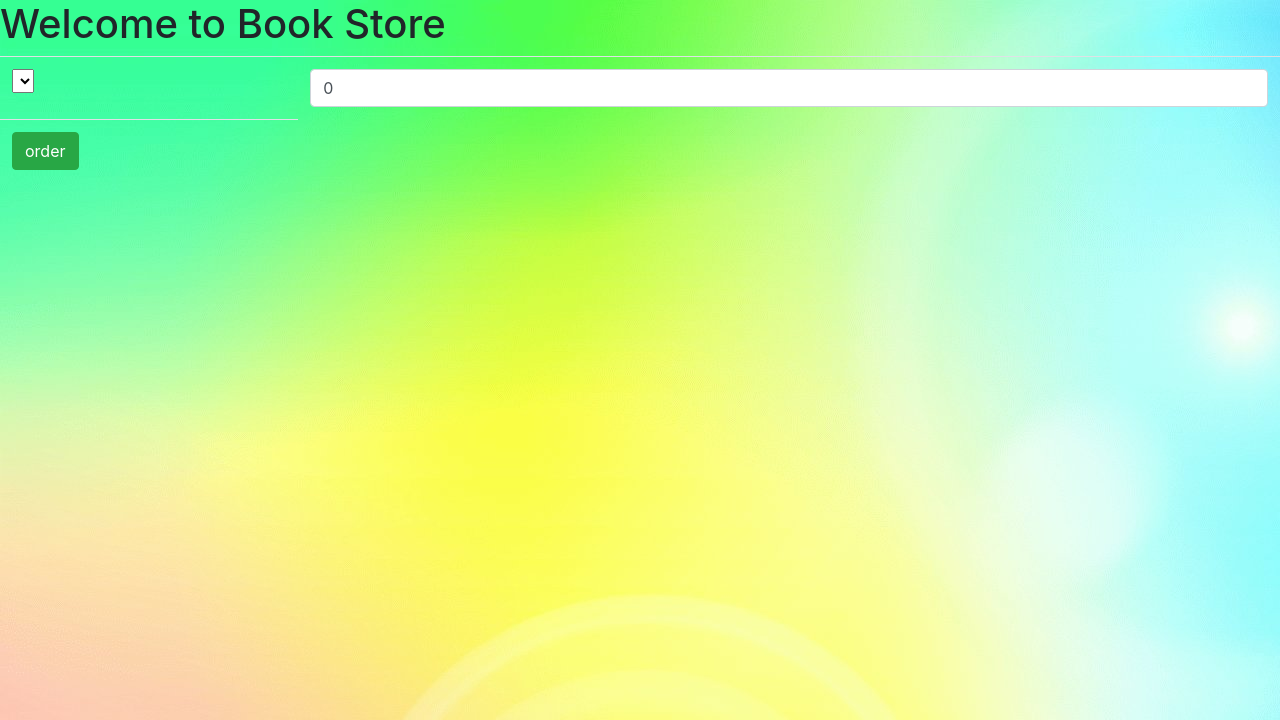
Repository: zhenyan02/HW_Projects
Page: http://localhost/bookStore/BuyerWeb.jsp
An editor plug-in stored every save of this project. The page is shown before and after the next save, followed by the edit.
The browser window is 1280 px wide. The pictures show the whole page.
The page is served by Tomcat 9. Queries for data that is not in the repository find no rows.

Above is the page before, as saved 2018-11-28 15:11:36.

After the next save:
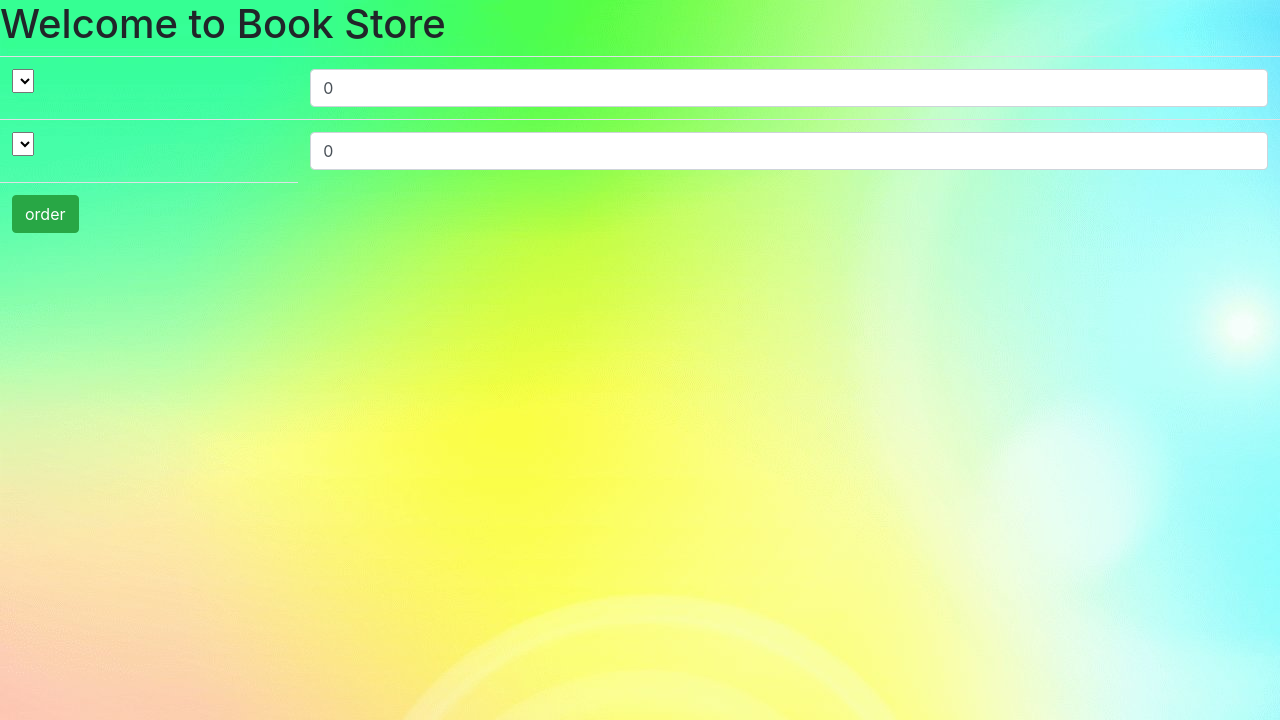
Saved 2 min 56 s later.
--- a/582_Final Project_JavaScript/bookStore/WebContent/BuyerWeb.jsp
+++ b/582_Final Project_JavaScript/bookStore/WebContent/BuyerWeb.jsp
@@ -29,6 +29,7 @@
     String version2 = request.getParameter("version2");
     Branch app = new Branch();
     String order1 = request.getParameter("options");
+    String order2 = request.getParameter("options2");
     Order ap1 = new Order();
     Order ap2 = new Order();
 
@@ -80,6 +81,17 @@
 			<td><input name="orderNbr" class="form-control" value="<%= ap1.getOrderNbr()%>"/></td>
 			</tr>
 
+			<tr>
+
+			<td> <select name = "options2">
+				<% for(Branch apa:branchs){%>
+						<option value = "<%=apa.getStock()%>,<%=apa.getName()%>,<%=apa.getVersion()%>">
+						<%= apa.getName() %> -- Price:$<%= apa.getSaleprice() %> -- only <%= apa.getStock() %> left
+						</option>
+				<% }%>
+			</select> 	</td>
+			<td><input name="orderNbr" class="form-control" value="<%= ap2.getOrderNbr()%>"/></td>
+			</tr>
 
 
 
